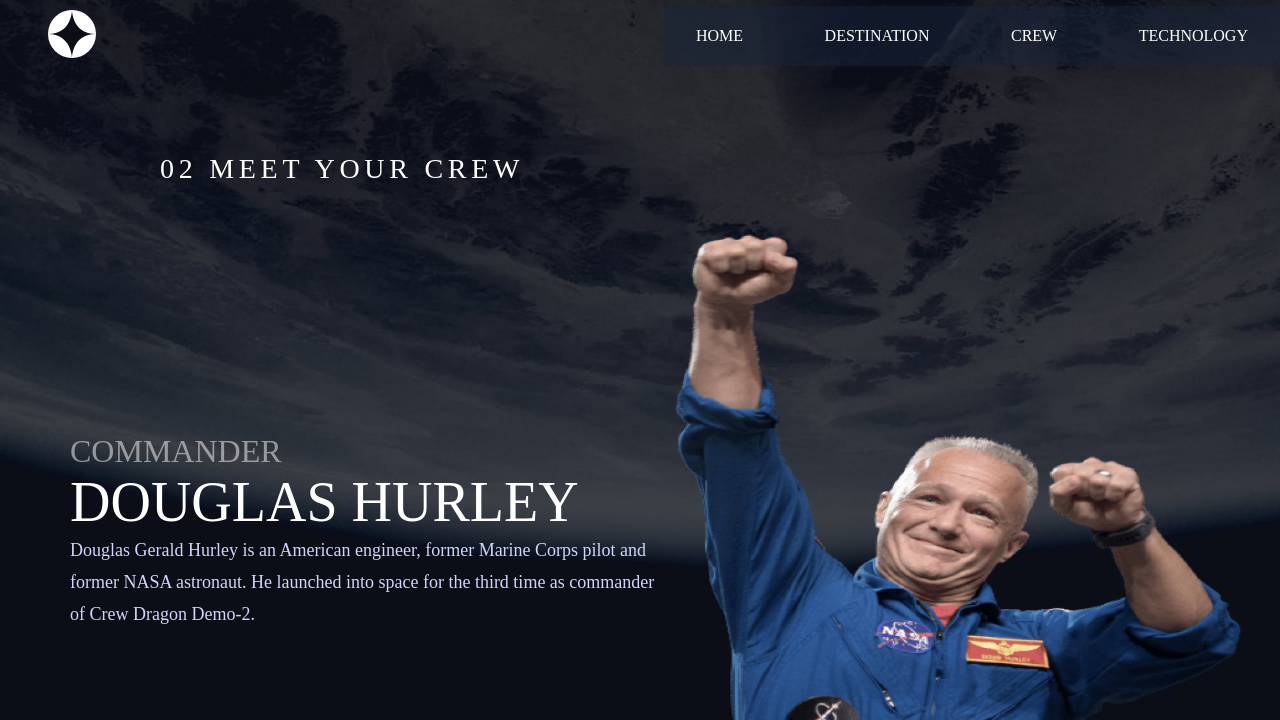
Repository: nilesjamex/space
Page: /Crew
These files come from the project's save history. The page is drawn as it stood at one moment and after the next save; the edit follows.
The browser window is 1280 px wide. The pictures show the whole page.
The project was rebuilt for these pictures with package versions that can differ from the ones it lists, and the page was loaded fresh each time. The framework's server and built-in components were replaced by stand-ins that run in the browser. Also part of the build but not shown: next.config.js.

Above is the page before, as saved 2022-01-08 01:18:12.

### pages/Crew.js
import React from 'react'
import Creww from '../Components/Crew/Crew';

const Crew = () => {
    return (
        <div>
           <Creww />
        </div>
    )
}

export default Crew

### styles/globals.css
a {
  color: inherit;
  text-decoration: none;
}

*{
  margin: 0;
  padding: 0;
  box-sizing: border-box;
  max-width: 100%;
  max-height: 100vh;
  overflow-y: hidden;
}

li {
  list-style: none;
  cursor: pointer;
}

### Components/Crew/Crew.js
import React from 'react';
import styles from './crew.module.css'
import Nav from '../../Layout/Nav';
import Image from 'next/image';
import Members from './Members/Members'

const Crew = () => {

  return (
    <div className={styles.home}>
     <div>
         <Nav/>
        </div>
        <div>
        <div>
           <h3 className={styles.hometext}> 02 Meet your crew</h3>
        </div>
        </div>
        <div>
        <Members />
        </div>
    </div>
  )
}

export default Crew

### Components/Crew/crew.module.css
.home {
    background: url(../../public/assets/crew/background-crew-desktop.jpg);
    background-size: cover;
    height: 100vh;
}
.hometext {
    font-family: Barlow Condensed;
    font-style: normal;
    font-weight: normal;
    font-size: 28px;
    line-height: 34px;letter-spacing: 4.725px;
    text-transform: uppercase;
    color: #FFFFFF;
    margin: 5rem 0 1rem 10rem;
}

### Layout/Nav.js
import React from 'react';
import styles from './nav.module.css';
import Link from 'next/link'

const Nav = ({children}) => {
    return (
       <div className={styles.navBody}>
        <nav className={styles.nav}>
         <div>
            <svg width="48" height="48" viewBox="0 0 48 48" fill="none" xmlns="http://www.w3.org/2000/svg">
<circle cx="24" cy="24" r="24" fill="white"/>
<path fillRule="evenodd" clipRule="evenodd" d="M24 0C24 0 24 24 0 24C23.5776 24.1714 24 48 24 48C24 48 24 24 48 24C24 24 24 0 24 0Z" fill="#0B0D17" />
</svg>
  </div>

<ul className={styles.ul}>
<li><Link href="/"> HOME </Link></li>
<li><Link href="/Destinations">DESTINATION </Link></li>
<li><Link href="/Crew">CREW</Link></li>
<li><Link href="/Technology">TECHNOLOGY</Link></li>
</ul>
        </nav>
      <div className={styles.mainBody}> {children} </div>
</div>
    )
}

export default Nav

### Components/Crew/Members/Members.js
import React from 'react'
import Slider from "react-slick";
import "slick-carousel/slick/slick.css";
import "slick-carousel/slick/slick-theme.css";
import Image from 'next/image';
import styles from './Members.module.css'
import Doug from '../../../public/assets/crew/image-douglas-hurley.png'
const Members = () => {
    const settings = {
      dots: true,
      infinite: true,
      slidesToShow: 1,
      slidesToScroll: 1,
      autoplay: true,
      speed: 5000,
      autoplaySpeed: 5000,
      cssEase: "linear"
    };

    return (
        <div>
        <div className={styles.crewSplit}>
        <div className={styles.crewText}>
        <p className={styles.crewtexthead}>Commander</p>
        <h2 className={styles.crewtextsub}>Douglas Hurley</h2>
        <p className={styles.crewtextbody}> Douglas Gerald Hurley is an American engineer, former Marine Corps pilot
  and former NASA astronaut. He launched into space for the third time as
  commander of Crew Dragon Demo-2.</p>

        </div>
        <div className={styles.crewImage}>
        <Image className={styles.crewImages} src={Doug} alt="crew" height="590px" width="568px" />
        </div>
        </div>
          <Slider {...settings}>
        </Slider>
        </div>
    )
}

export default Members

### Layout/nav.module.css
.nav {
    display: flex;
    justify-content: space-between;
    align-items: center;
    padding-left: 3rem;
    width: 100%;
    height: 10vh;

}

.ul {
    display: flex;
    width: 50%;
    justify-content: space-between;
    align-items: center;
    color: #fff;
    background-color: rgba(24, 36, 59, 0.5);
    height: 60px;
    padding: 0 2rem;

}

.navBody {
    height: 100%;
}

### Components/Crew/Members/Members.module.css
.crewSplit {
    display: flex;
    justify-content: space-around;
    margin: 2rem 2rem 0 4rem;
}
.crewText {
    width: 50%;
    align-self: center;
}
.crewtexthead {
    font-family: Bellefair;
    font-style: normal;
    font-weight: normal;
    font-size: 32px;
    line-height: 37px;
    /* identical to box height */
    text-transform: uppercase;
    color: #FFFFFF;
    mix-blend-mode: normal;
    opacity: 0.5;
}
.crewtextsub {
    font-family: Bellefair;
    font-style: normal;
    font-weight: normal;
    font-size: 56px;
    line-height: 64px;
    text-transform: uppercase;
    color: #FFFFFF;
}
.crewtextbody {
    font-family: Barlow;
    font-style: normal;
    font-weight: normal;
    font-size: 18px;
    line-height: 32px;
    /* or 178% */
    color: #D0D6F9;

}
.crewImages {
    z-index: 4;
    padding-bottom: 0rem;
}

Loaded but not shown: pages/_app.js (common file)

After the next save:
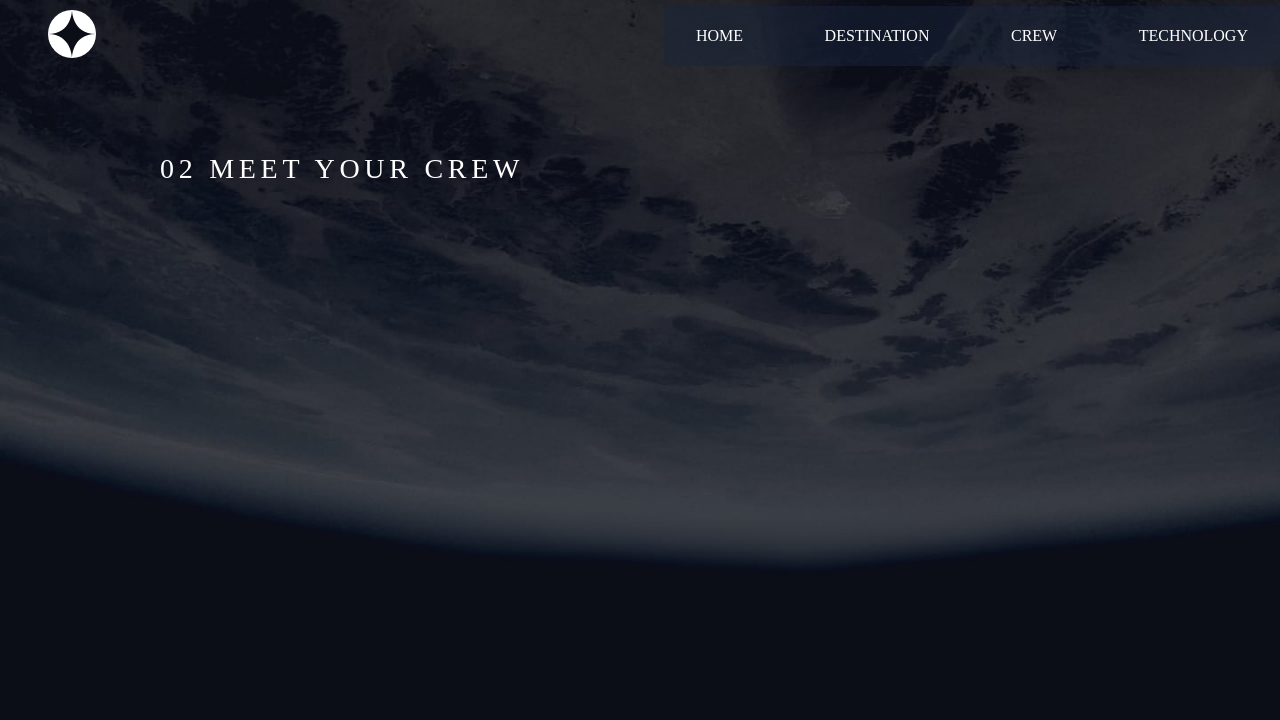
Saved 69 s later.
--- a/Components/Crew/Members/Members.js
+++ b/Components/Crew/Members/Members.js
@@ -19,6 +19,35 @@
 
     return (
         <div>
+          <Slider {...settings}>
+          <div className={styles.crewSplit}>
+        <div className={styles.crewText}>
+        <p className={styles.crewtexthead}>Commander</p>
+        <h2 className={styles.crewtextsub}>Douglas Hurley</h2>
+        <p className={styles.crewtextbody}> Douglas Gerald Hurley is an American engineer, former Marine Corps pilot
+  and former NASA astronaut. He launched into space for the third time as
+  commander of Crew Dragon Demo-2.</p>
+
+        </div>
+        <div className={styles.crewImage}>
+        <Image className={styles.crewImages} src={Doug} alt="crew" height="590px" width="568px" />
+        </div>
+        </div>
+
+        <div className={styles.crewSplit}>
+        <div className={styles.crewText}>
+        <p className={styles.crewtexthead}>Commander</p>
+        <h2 className={styles.crewtextsub}>Douglas James</h2>
+        <p className={styles.crewtextbody}> Douglas Gerald Hurley is an American engineer, former Marine Corps pilot
+  and former NASA astronaut. He launched into space for the third time as
+  commander of Crew Dragon Demo-2.</p>
+
+        </div>
+        <div className={styles.crewImage}>
+        <Image className={styles.crewImages} src={Doug} alt="crew" height="590px" width="568px" />
+        </div>
+        </div>
+
         <div className={styles.crewSplit}>
         <div className={styles.crewText}>
         <p className={styles.crewtexthead}>Commander</p>
@@ -32,7 +61,20 @@
         <Image className={styles.crewImages} src={Doug} alt="crew" height="590px" width="568px" />
         </div>
         </div>
-          <Slider {...settings}>
+
+        <div className={styles.crewSplit}>
+        <div className={styles.crewText}>
+        <p className={styles.crewtexthead}>Commander</p>
+        <h2 className={styles.crewtextsub}>Douglas Hurley</h2>
+        <p className={styles.crewtextbody}> Douglas Gerald Hurley is an American engineer, former Marine Corps pilot
+  and former NASA astronaut. He launched into space for the third time as
+  commander of Crew Dragon Demo-2.</p>
+
+        </div>
+        <div className={styles.crewImage}>
+        <Image className={styles.crewImages} src={Doug} alt="crew" height="590px" width="568px" />
+        </div>
+        </div>
         </Slider>
         </div>
     )
